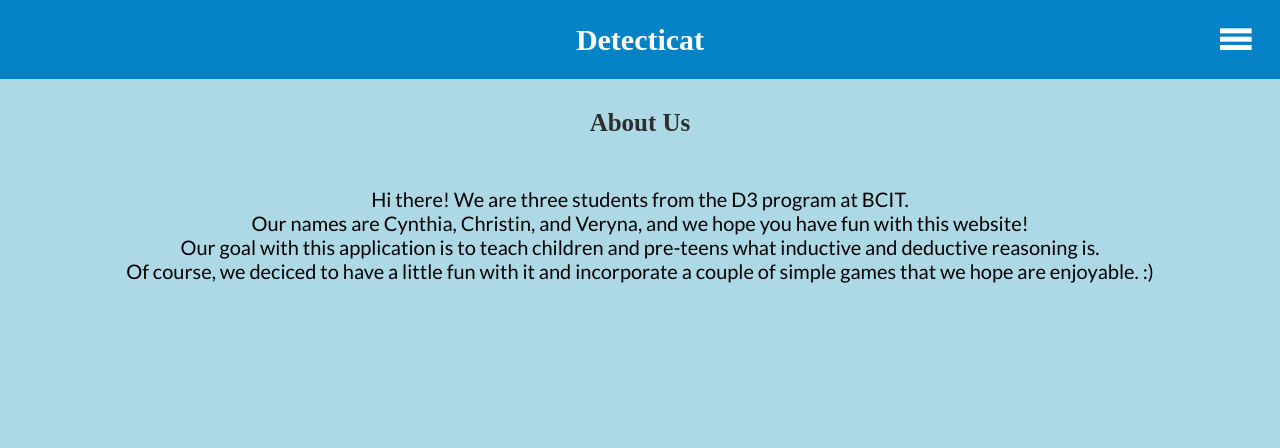
Repository: cynthiahcheng/Detecticat
Page: about page/about-us.html
An editor plug-in stored every save of this project. The page is shown before and after the next save, followed by the edit.
The browser window is 1280 px wide. The pictures show the whole page.

Above is the page before, as saved 2020-03-14 21:49:48.

After the next save:
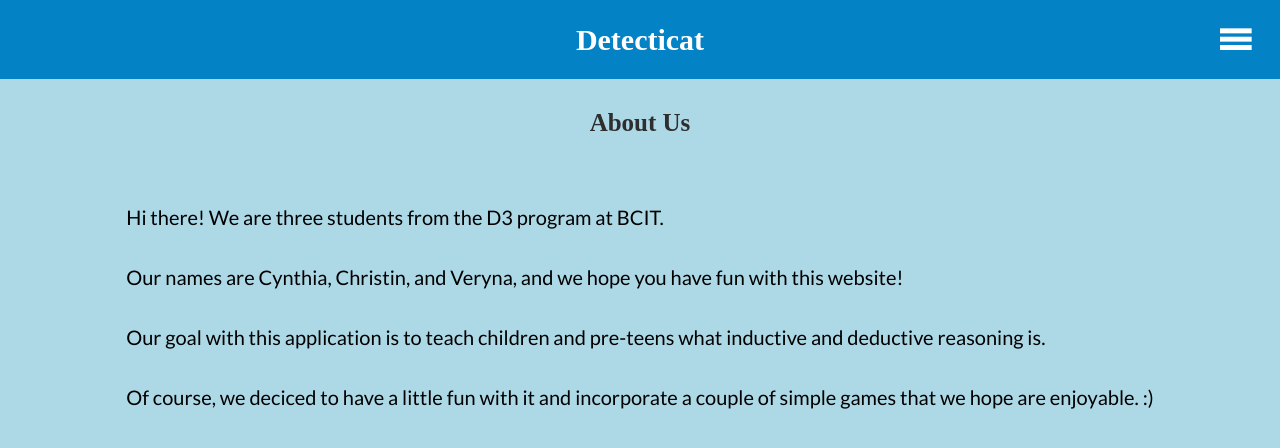
Saved 69 s later.
--- a/about page/about-us.css
+++ b/about page/about-us.css
@@ -89,7 +89,6 @@ body, html {
 .description {
     font-size:20px;
     padding-top:30px;
-    line-height: 1.2;
+    line-height: 3em;
     font-family: 'Lato', sans-serif;
-   text-align: center;
 }
